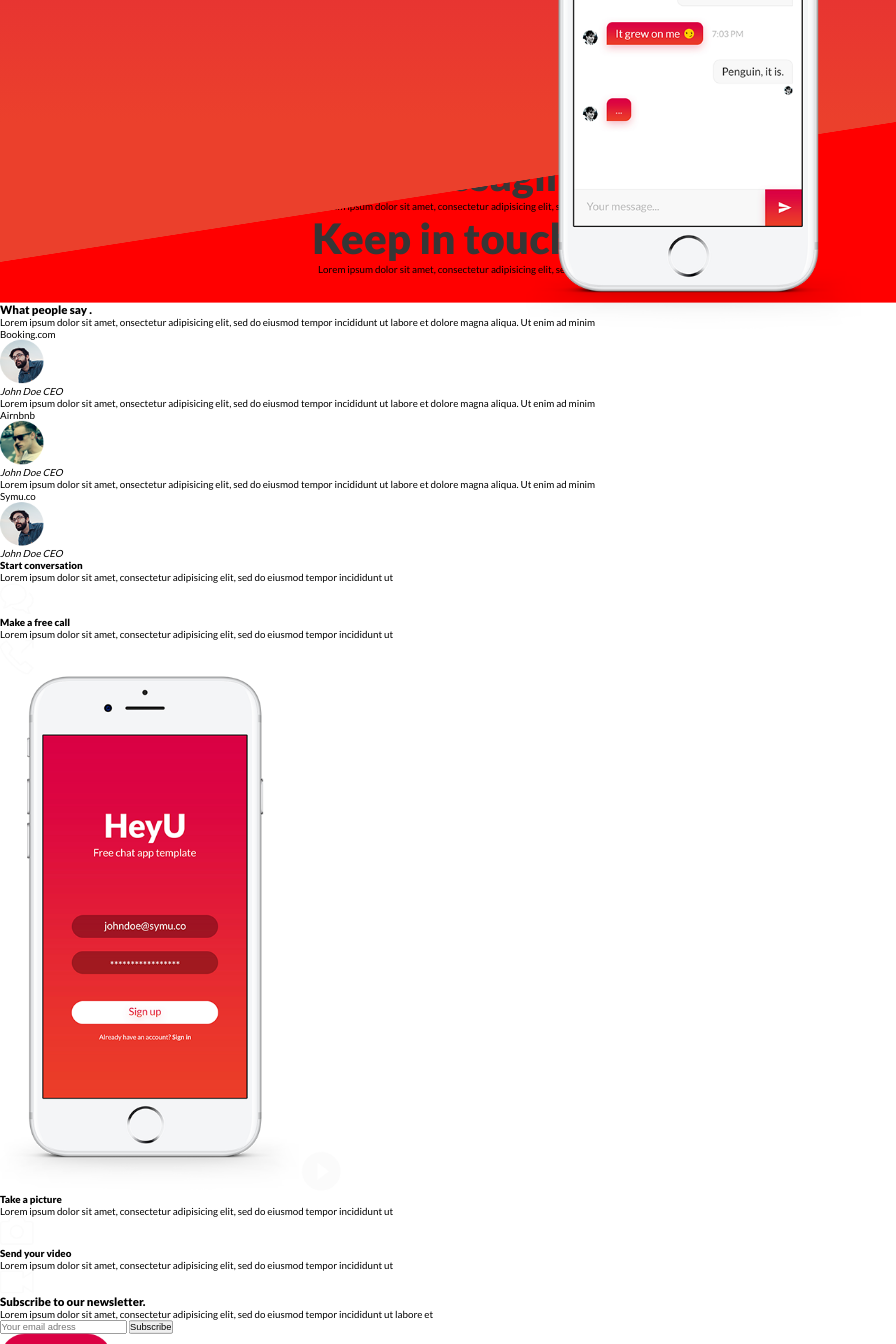
Repository: baumanmilosz/heyu
Page: index.html
These files come from the project's save history. The page is drawn as it stood at one moment and after the next save; the edit follows.
The browser window is 1280 px wide. The pictures show the part of the page from y = 735 to 2655 px (the page is 2990 px tall before and 2894 px after), at 70% of full size.
Some web libraries are served in a nearby version. The style sheet was rebuilt from its Sass, Less or Tailwind sources for each picture, by a compiler version that may differ from the author's.

Above is the page before, as saved 2019-04-12 14:59:55.

### index.html
<!DOCTYPE html>
<html lang="en">

<head>
  <meta charset="UTF-8">
  <meta name="viewport" content="width=device-width, initial-scale=1.0">
  <meta http-equiv="X-UA-Compatible" content="ie=edge">
  <title>HeyU Landing Page</title>
  <link rel="stylesheet" href="https://use.fontawesome.com/releases/v5.8.1/css/all.css"
    integrity="sha384-50oBUHEmvpQ+1lW4y57PTFmhCaXp0ML5d60M1M7uH2+nqUivzIebhndOJK28anvf" crossorigin="anonymous">
  <link href="https://fonts.googleapis.com/css?family=Lato:400,900" rel="stylesheet">
  <link rel="stylesheet" href="./src/css/style.css">

</head>

<body>
  <header class="page-header">
    <nav class="page-nav">
      <h1 class="page-nav__title"><a class="page-nav__link" href="">HeyU</a></h1>
      <button type="button" class="page-nav__btn" href=""><i class="page-nav__icon fas fa-bars"></i></button>
      <ul class="page-nav__list">
        <li class="page-nav__item"><a class="page-nav__link" href="">About</a></li>
        <li class="page-nav__item"><a class="page-nav__link" href="">Faq</a></li>
        <li class="page-nav__item"><a class="page-nav__link" href="">Support</a></li>
        <li class="page-nav__item"><a class="page-nav__link" href="">Blog</a></li>
      </ul>
    </nav>
    <div class="page-hero">
      <div class="slogan">
        <h2 class="page-hero__title">Simple, safe <span class="page-hero__linebreak"> & beautiful.</span></h2>
        <p class="page-hero__description">With <span class="page-hero__highlight">HeyU</span>, you'll get fast, simple,
          secure messaging!</p>
        <button class="page-hero__btn"><span class="page-hero__text">Download now</span></button>
      </div>
      <div class="picture-wrapper">
        <img class="picture" src="./assets/phone.png" alt="">
      </div>
    </div>
  </header>
  <section class="app-description">
    <div class="wrapper">
      <div class="app-feature">
        <div class="feature-img-wrapper">
          <img class="messages-img" src="./assets/messages.png" alt="">
          <img class="converstion-img" src="./assets/conversation.png" alt="">
        </div>
        <div class="app-feature-description">
          <h3 class="app-feature__title">Easy Messaging<span class="dot">.</span></h3>
          <p class="app-feature__text">Lorem ipsum dolor sit amet, consectetur adipisicing elit, sed d</p>
        </div>
      </div>
      <div class="app-feature">
        <div class="feature-img-wrapper">
          <img class="contact-img" src="./assets/contacts.png" alt="">
          <img class="group-img" src="./assets/groups.png" alt="">
        </div>
        <div class="app-feature-description">
          <h3 class="app-feature__title">Keep in touch<span class="dot">.</span></h3>
          <p class="app-feature__text">Lorem ipsum dolor sit amet, consectetur adipisicing elit, sed d</p>
        </div>
      </div>
    </div>
  </section>
  <section class="reviews">
    <div class="wrapper">
      <h3 class="reviews-title">What people say <span class="dot">.</span></h3>
      <div class="reviews-wrapper">
        <div class="comment-box">
          <blockquote class="comment">
            <p class="comment__text">Lorem ipsum dolor sit amet, onsectetur adipisicing elit, sed do eiusmod tempor
              incididunt ut labore et dolore magna aliqua. Ut enim ad minim
            </p>
            <p class="topic">Booking.com</p>
          </blockquote>
          <cite class="author">
            <div class="avatar">
              <img src="./assets/avatar1.png" alt="User">
              <p class="avatar_name">John Doe <span class="avatar_profession">CEO</span></p>
            </div>
          </cite>
        </div>
        <div class="comment-box">
          <blockquote class="comment">
            <p class="comment__text">Lorem ipsum dolor sit amet, onsectetur adipisicing elit, sed do eiusmod tempor
              incididunt ut labore et dolore magna aliqua. Ut enim ad minim</p>
            <p class="comment__company">Airnbnb</p>
          </blockquote>
          <cite class="author">
            <div class="avatar">
              <img src="./assets/avatar2.png" alt="User">
              <p class="avatar_name">John Doe <span class="avatar_profession">CEO</span></p>
            </div>
          </cite>
        </div>
        <div class="comment-box">
          <blockquote class="comment">
            <p class="comment__text">Lorem ipsum dolor sit amet, onsectetur adipisicing elit, sed do eiusmod tempor
              incididunt ut labore et dolore magna aliqua. Ut enim ad minim</p>
            <p class="comment__company">Symu.co</p>
          </blockquote>
          <cite class="author">
            <div class="avatar">
              <img src="./assets/avatar1.png" alt="User">
              <p class="avatar_name">John Doe <span class="avatar_profession">CEO</span></p>
            </div>
          </cite>
        </div>
      </div>
    </div>
  </section>
  <section class="overview">
    <div class="wrapper">
      <div class="feature">
        <h4 class="feature__title">Start conversation</h4>
        <p class="feature__description">Lorem ipsum dolor sit amet, consectetur adipisicing elit, sed do eiusmod tempor
          incididunt ut</p>
        <img class="feature__icon" src="./assets/message-icon.png" alt="">
      </div>
      <div class="feature">
        <h4 class="feature__title">Make a free call</h4>
        <p class="feature__description">Lorem ipsum dolor sit amet, consectetur adipisicing elit, sed do eiusmod tempor
          incididunt ut</p>
        <img class="feature__icon" src="./assets/phone-icon.png" alt="">
      </div>
      <div class="phone-wrapper">
        <img class="phone" src="./assets/phone-gradient.png" alt="">
        <img class="play-icon" src="./assets/play-icon.png" alt="">
      </div>
      <div class="feature">
        <h4 class="feature__title">Take a picture</h4>
        <p class="feature__description">Lorem ipsum dolor sit amet, consectetur adipisicing elit, sed do eiusmod tempor
          incididunt ut</p>
        <img class="feature__icon" src="./assets/camera-icon.png" alt="">
      </div>
      <div class="feature">
        <h4 class="feature__title">Send your video</h4>
        <p class="feature__description">Lorem ipsum dolor sit amet, consectetur adipisicing elit, sed do eiusmod tempor
          incididunt ut</p>
        <img class="feature__icon" src="./assets/video-icon.png" alt="">
      </div>
    </div>
  </section>
  <section class="newsletter">
    <div class="wrapper">
      <h3 class="newsletter__title">Subscribe to our newsletter<span class="dot">.</span></h3>
      <p class="newsletter__text">Lorem ipsum dolor sit amet, consectetur adipisicing elit, sed do eiusmod tempor
        incididunt ut labore et</p>
      <form action="" class="from">
        <input type="text" class="form__input" placeholder="Your email adress">
        <button type="submit" class="form__btn">Subscribe</button>
      </form>
    </div>
  </section>
  <section class="download-app">
    <div class="wrapper">
      <img class="app-logo" src="./assets/app-icon.png" alt="">
      <h3 class="download-app__title">Download the app <span class="dot">.</span></h3>
      <img class="appstore-icon" src="./assets/appstore.png" alt="">
    </div>
  </section>
  <footer class="page-footer">
    <nav class="footer-nav">
      <ul class="footer-nav__list">
        <li class="footer-nav__element"><a class="footer-nav__link" href="">About</a></li>
        <li class="footer-nav__element"><a class="footer-nav__link" href="">Faq</a></li>
        <li class="footer-nav__element"><a class="footer-nav__link" href="">Support</a></li>
        <li class="footer-nav__element"><a class="footer-nav__link" href="">Blog</a></li>
        <li class="footer-nav__element"><a class="footer-nav__link" href="">Download</a></li>
      </ul>
    </nav>
    <form action="" class="footer-form">
      <label for="lang-select">
        <select id="lang-select">
          <option value="English">English</option>
        </select>
      </label>
    </form>
  </footer>

  <script src="./src/js/main.js"></script>
</body>

</html>

### src/js/main.js
const hamburger = document.querySelector('.page-nav__btn');
const nav = document.querySelector('.page-nav');

hamburger.addEventListener('click', () => {
  nav.classList.toggle('opened');
  if (!nav.classList.contains('opened')) {
    nav.style.animation = 'close 1s 1 both ease';

  } else if (nav.classList.contains('opened')) {
    nav.style.animation = 'open 1s 1 both ease';
  }
})

### src/scss/style.scss
@import './variables';
@import './mixins';

:root {
  --closed-nav-height: 36px;
  --opened-nav-height: 246px;
}

* {
  margin: 0;
  padding: 0;
  box-sizing: border-box;
}

// MOBILE
html {
  font-size: 10px;
  font-family: $lato-font-family;
  overflow-x: hidden;

  body {
    overflow-x: hidden;

    .page-header {
      padding: 20px 20px 50px;
      background-image: $main-gradient;


      .page-nav {
        display: grid;
        grid-template-columns: auto auto;
        height: var(--closed-nav-height);

        @keyframes close {
          from {
            height: var(--opened-nav-height);
          }

          to {
            height: var(--closed-nav-height);
          }
        }

        .page-nav__title {
          font-size: 3rem;

          .page-nav__link {
            text-decoration: none;
            color: $white-color;
          }
        }

        .page-nav__btn {
          justify-self: end;
          align-self: center;
          background: none;
          border: none;
          cursor: pointer;

          .page-nav__icon {
            color: $white-color;
            font-size: 3.5rem;
          }
        }

        .page-nav__list {
          grid-column: 1/-1;
          display: grid;
          grid-template-rows: repeat(4, 50px);
          margin-top: 10px;
          list-style: none;
          overflow: hidden;

          .page-nav__item {
            display: grid;

            .page-nav__link {
              width: 100%;
              align-self: stretch;
              display: grid;
              align-items: center;
              justify-items: center;
              font-size: 1.6rem;
              color: $white-color;
              text-decoration: none;
              text-transform: uppercase;
              border-bottom: 1px solid $white-color;
            }
          }
        }
      }

      .page-nav.opened {}

      @keyframes open {
        from {
          height: var(--closed-nav-height);
        }

        to {
          height: var(--opened-nav-height);
        }
      }

      .page-nav.opened .page-nav__list {
        display: grid;
      }

      .page-hero {
        text-align: center;
        color: $white-color;

        .slogan {

          .page-hero__title {
            padding: 40px 0;
            font-size: 3rem;
            letter-spacing: $h2-letter-spacing;

            .page-hero__linebreak {
              display: block;
            }
          }

          .page-hero__description {
            margin: 0 0 30px 0;
            font-size: 1.5rem;
            line-height: 2rem;

            .page-hero__highlight {
              font-weight: bold
            }
          }

          .page-hero__btn {
            padding: 15px 32.5px;
            background-color: $white-color;
            border: none;
            border-radius: $form-radius;
            font-size: 1.8rem;
            font-weight: $btn-weight;
            cursor: pointer;


            .page-hero__text {
              -webkit-background-clip: text;
              -webkit-text-fill-color: transparent;
              background-image: $main-gradient;
            }
          }
        }

        .picture-wrapper {
          display: none;
        }
      }
    }

    .app-description {
      background: red;
      padding: 40px 0;

      .wrapper {
        .app-feature {
          .feature-img-wrapper {
            display: none;

            .messages-img {}
          }

          .app-feature-description {
            text-align: center;

            .app-feature__title {
              font-size: $header-size;
              color: $headers-color;
              font-weight: bold;
            }
          }
        }
      }
    }
  }
}

@media (min-width: 736px) {
  html {
    font-size: 12px;
  }
}

@media (min-width: 1024px) {
  html {
    font-size: 14px;

    body {

      .page-header {
        padding: 50px 50px 0;

        .page-nav {
          display: flex;
          justify-content: space-between;
          animation: none;

          .page-nav__title {

            .page-nav__link {}
          }

          .page-nav__btn {
            display: none;

            .page-nav__icon {}
          }

          .page-nav__list {
            display: flex;
            margin-top: 0;

            .page-nav__item {
              position: relative;
              margin-left: 50px;

              &:hover:before {
                content: '';
                display: block;
                width: 100%;
                height: 2px;
                background-color: #fff;
                @include center();
                animation: line .3s 1 both ease;
              }

              @keyframes line {
                from {
                  width: 0;
                }

                to {
                  width: 100%;
                }
              }

              .page-nav__link {
                border-bottom: none;
              }
            }
          }
        }

        .page-nav.opened {}

        .page-nav.opened .page-nav__list {}

        .page-hero {
          max-width: 1600px;
          @include margin-auto;
          display: flex;
          justify-content: space-between;
          align-items: flex-start;
          // background-color: red;

          .slogan {
            text-align: left;
            align-self: center;

            .page-hero__title {
              font-size: 4rem;
            }

            .page-hero__description {
              font-size: 1.6rem;
              margin-bottom: 60px;
            }

            .page-hero__btn {
              .page-hero__text {}
            }
          }

          .picture-wrapper {
            display: block;
            position: relative;
            top: 300px;
            z-index: 1;
          }

        }
      }

      .app-description {
        position: relative;

        &::before {
          content: '';
          display: block;
          position: absolute;
          left: 0;
          top: 0;
          width: 100%;
          height: 200px;
          background-image: linear-gradient(to right bottom, #eb402c 49.9%, transparent 50.1%);
        }
      }
    }
  }
}

@media (min-width: 1920px) {
  html {

    body {

      .page-header {

        .page-nav {
          .page-nav__title {
            .page-nav__link {}
          }

          .page-nav__btn {


            .page-nav__icon {}
          }

          .page-nav__list {


            .page-nav__item {


              &:hover:before {}

              .page-nav__link {}
            }
          }
        }

        .page-nav.opened {}

        .page-nav.opened .page-nav__list {}

        .page-hero {

          .slogan {
            .page-hero__title {
              font-size: 6rem;
            }

            .page-hero__description {
              font-size: 2.4rem;
              margin-bottom: 120px;
            }

            .page-hero__btn {
              .page-hero__text {}
            }
          }

          .picture-wrapper {}

        }
      }
    }
  }
}

### src/scss/_variables.scss
$white-color: #fff;
$headers-color: #363636;
$text-color: #808080;
$btn-weight: bold;
$line-color: #e0e0e0;
$main-gradient: linear-gradient(#d90647, #eb402c);
$avatar-subtext-color: #667386;
$icon-color: #fbfbfb;
$rectangle-color: #232323;
$form-radius: 35px;
$app-icon-shadow: 10px 10px 30px 0 $main-gradient;
$review-box-shadow: 30px 30px 60px 0 $headers-color;
$input-bg: #f8f8f8;

$lato-font-family: 'Lato',
sans-serif;
$header-size: 60px;
$paragraph-size: 18px;
$avatar-caption: 16px;
$section-paragraph-size: 16px;
$section-header-size: 24px;

$page-margin-top: 40px;
$page-margin-bottom: 25px;
$page-margin-horizontal: 50px;

$nav-margin-left: 50px;
$h2-letter-spacing: 2px;
$h2-margin-bottom: 40px;

$header-btn-padding: 20px 50px;
$header-margin-bottom: 65px;

$gradient-section-margin: 85px 90px;
$form-section-vmargin:150px;
$form-margin-top: 70px;

$nav-footer-margin-right: 60px;

### src/scss/_mixins.scss
@mixin margin-auto() {
  margin: 0 auto;
}

@mixin center () {
  position: absolute;
  top: 50%;
  left: 50%;
  transform: translate(-50%, -50%);
}

@mixin gradient($orientation, $start-color, $end-color) {
  background-image: linear-gradient($orientation, $start-color, $end-color);
}

@mixin keyframes($name) {
  @keyframes #{$name} {
    @content;
  }
}

@mixin css-triangle($color, $direction, $main-border-size, $side-border-size) {
  width: 0;
  height: 0;

  @if $direction==down {
    border-left: $size solid transparent;
    border-right: $size solid transparent;
    border-top: $size solid $color;
  }

  @else if $direction==up {
    border-left: $size solid transparent;
    border-right: $size solid transparent;
    border-bottom: $size solid $color;
  }

  @else if $direction==right {
    border-top: $side-border-size solid transparent;
    border-bottom: $side-border-size solid transparent;
    border-left: $main-border-size solid $color;
  }

  @else if $direction==left {
    border-top: $size solid transparent;
    border-bottom: $size solid transparent;
    border-right: $size solid $color;
  }
}

After the next save:
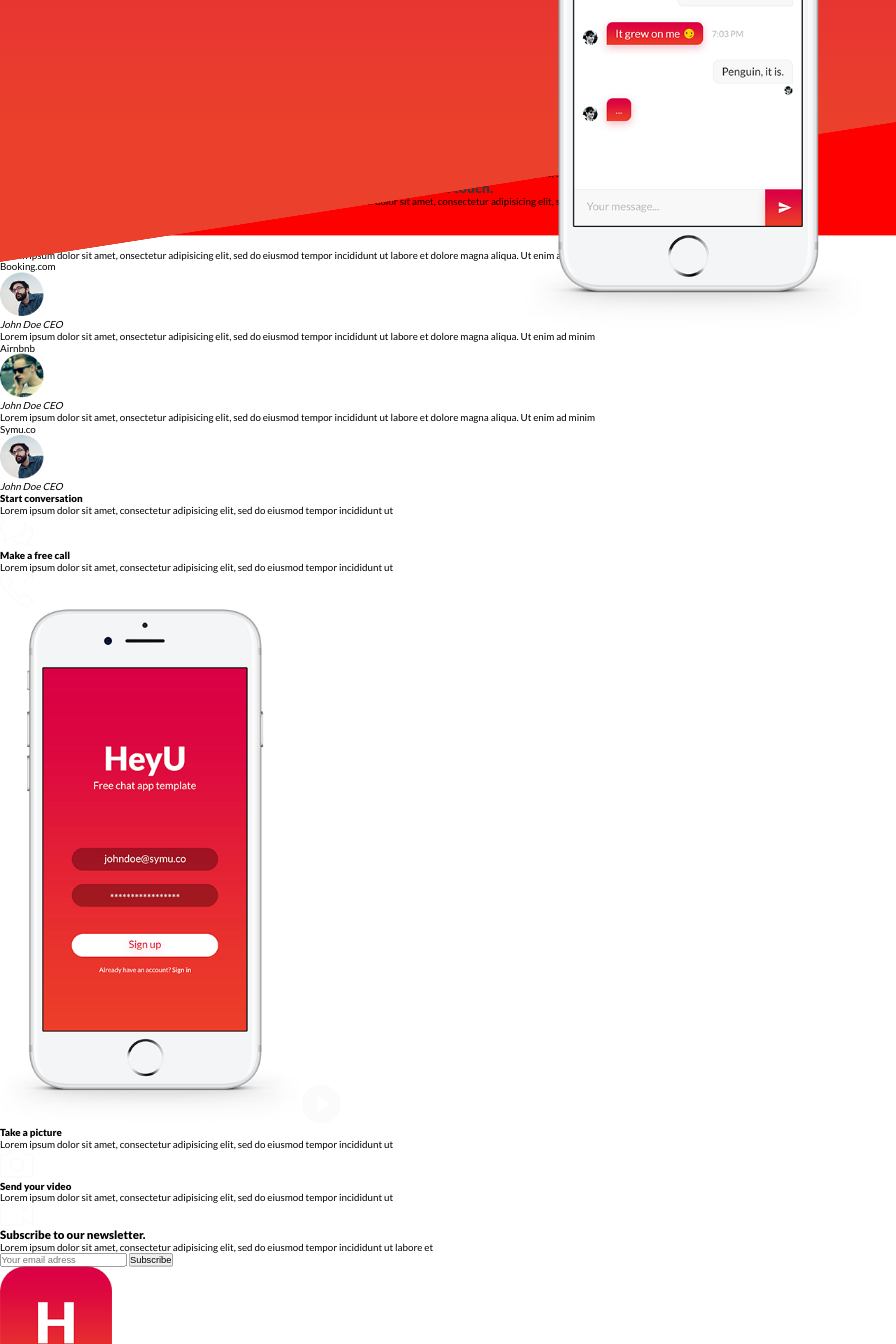
Saved 8 s later.
--- a/src/scss/style.scss
+++ b/src/scss/style.scss
@@ -172,7 +172,7 @@
             text-align: center;
 
             .app-feature__title {
-              font-size: $header-size;
+              font-size: 20px;
               color: $headers-color;
               font-weight: bold;
             }
